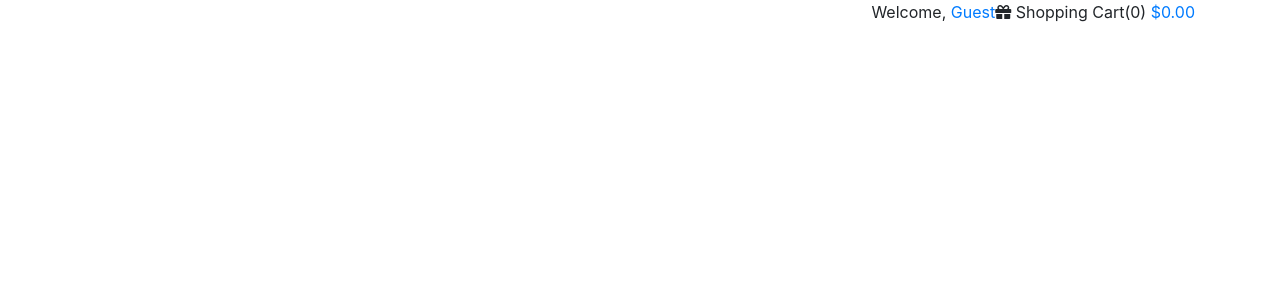
Repository: phunobi1807/BestSeller
Page: index.html
These files come from the project's save history. The page is drawn as it stood at one moment and after the next save; the edit follows.
The browser window is 1280 px wide. The pictures show the whole page.

Above is the page before, as saved 2021-06-28 21:57:08.

After the next save:
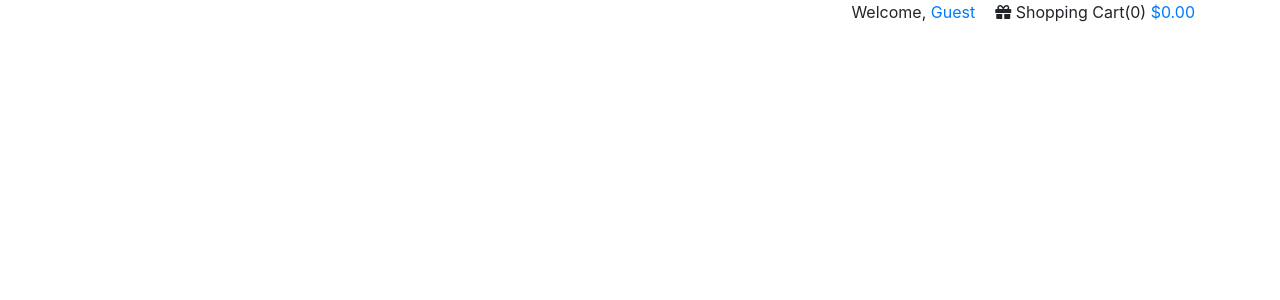
Saved 46 s later.
--- a/css/style.css
+++ b/css/style.css
@@ -15,5 +15,5 @@ html {
 }
 
 .top-nav__text {
-    margin-left: -20px;
+    padding: 0 20px;
 }
